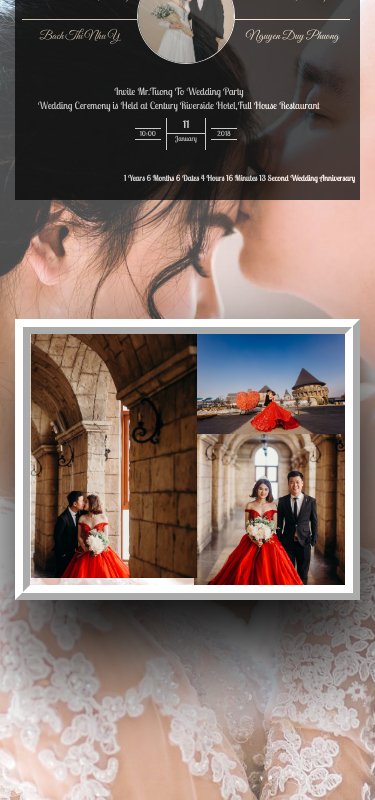
Repository: nguyenhuutuong999/WeddingOfSister
Page: index.html
An editor plug-in stored every save of this project. The page is shown before and after the next save, followed by the edit.
The browser window is 375 px wide. The pictures show the whole page.
Some web fonts or font styles are not loaded; a fallback is used.

Above is the page before, as saved 2019-09-18 11:03:55.

After the next save:
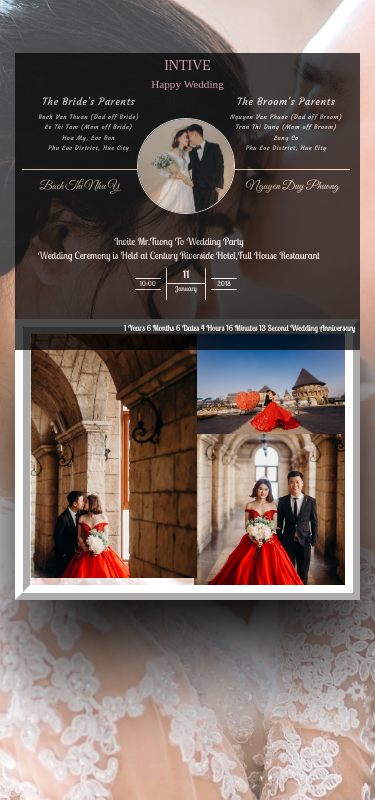
Saved 4 s later.
--- a/style.css
+++ b/style.css
@@ -304,7 +304,7 @@ body,html{
         opacity: 0.7;
         width: 92%;
         margin: 4%;
-        margin-top: -190%;
+        margin-top: -150%;
 
     }
     #album {
